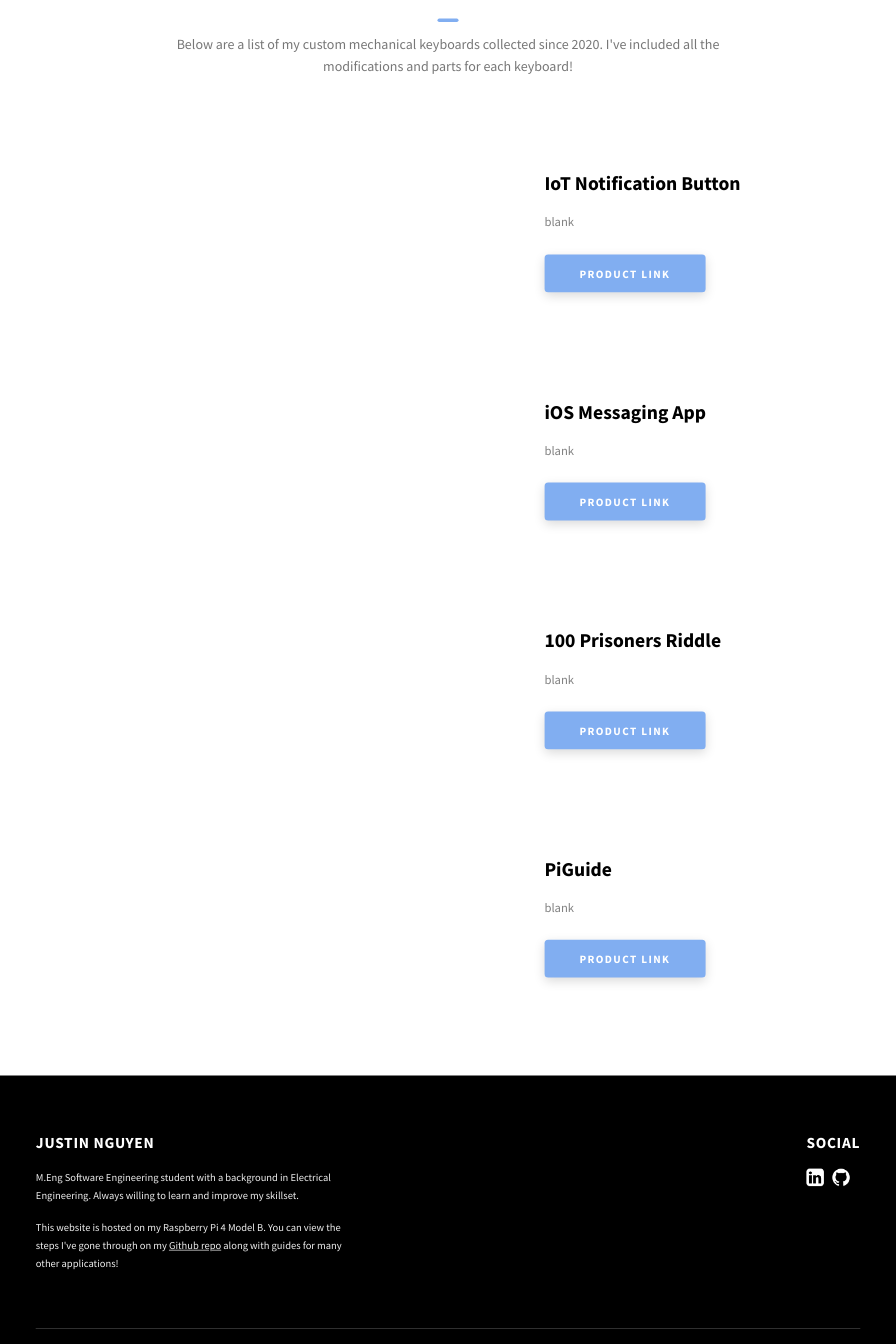
Repository: justinknguyen/Personal-Portfolio
Page: keyboards.html
The author's editor kept a copy of each file at every save. The page is drawn from the files as they stood at one save, then again after the next save.
The browser window is 1280 px wide. The pictures show the part of the page from y = 969 to 2889 px (the page is 2965 px tall before and 2918 px after), at 70% of full size.
The style sheet was rebuilt from its Sass, Less or Tailwind sources for each picture, by a compiler version that may differ from the author's.

Above is the page before, as saved 2022-09-10 17:03:55.
Console error: TypeError: Cannot read properties of undefined (reading 'style')

After the next save:
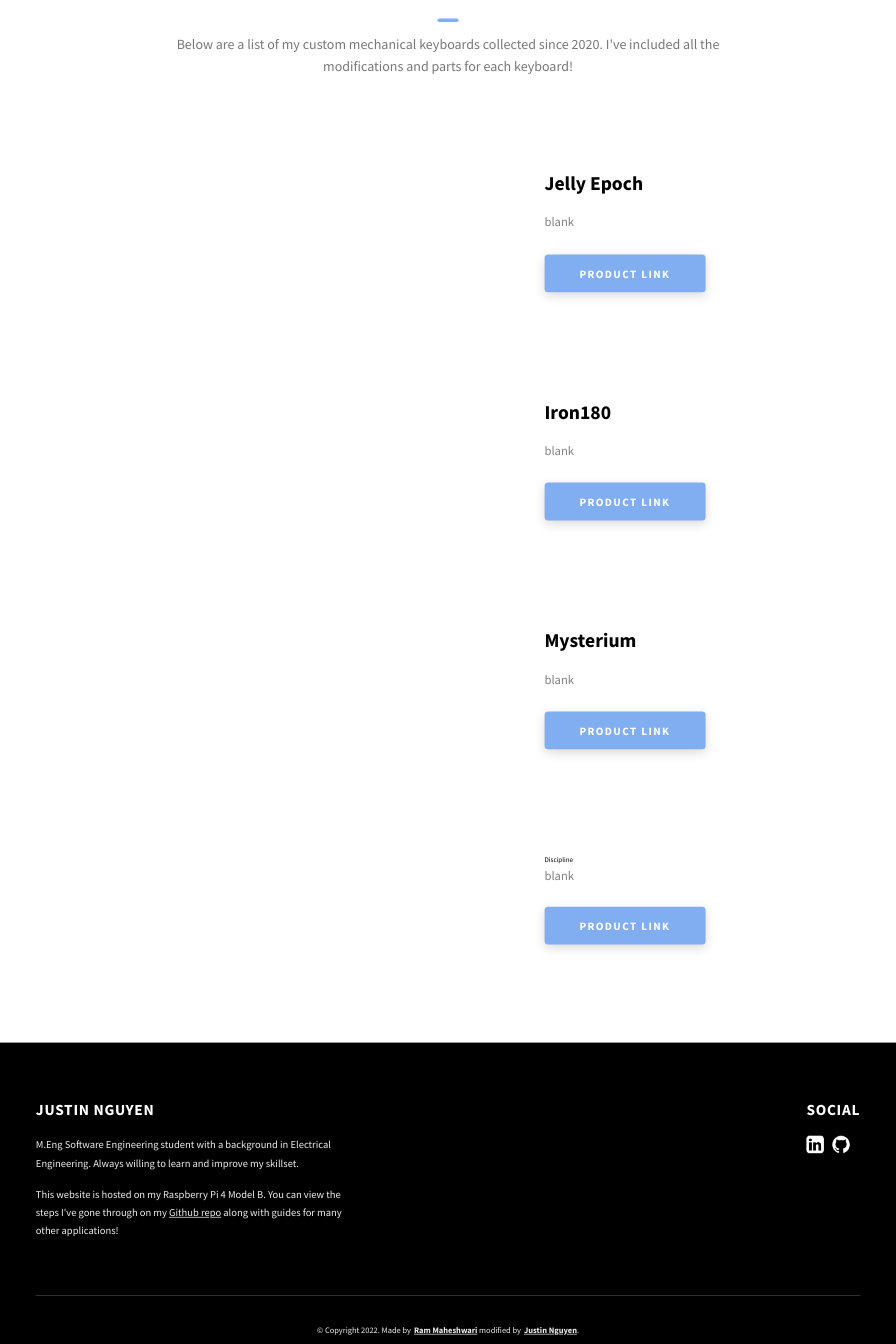
Saved 60 s later.
--- a/keyboards.html
+++ b/keyboards.html
@@ -145,7 +145,7 @@
                 /> -->
               </div>
               <div class="projects__row-content">
-                <h3 class="projects__row-content-title">IoT Notification Button</h3>
+                <h3 class="projects__row-content-title">Jelly Epoch</h3>
                 <p class="projects__row-content-desc">
                   blank
                 </p>
@@ -168,7 +168,7 @@
                 /> -->
               </div>
               <div class="projects__row-content">
-                <h3 class="projects__row-content-title">iOS Messaging App</h3>
+                <h3 class="projects__row-content-title">Iron180</h3>
                 <p class="projects__row-content-desc">
                   blank
                 </p>
@@ -191,7 +191,7 @@
                 /> -->
               </div>
               <div class="projects__row-content">
-                <h3 class="projects__row-content-title">100 Prisoners Riddle</h3>
+                <h3 class="projects__row-content-title">Mysterium</h3>
                 <p class="projects__row-content-desc">
                   blank
                 </p>
@@ -213,8 +213,7 @@
                   style="width: 100%; position: relative; left: 50%; transform: translateX(-50%);"
                 /> -->
               </div>
-              <div class="projects__row-content">
-                <h3 class="projects__row-content-title">PiGuide</h3>
+              <div class="projects__row-content">Discipline</h3>
                 <p class="projects__row-content-desc">
                   blank
                 </p>
